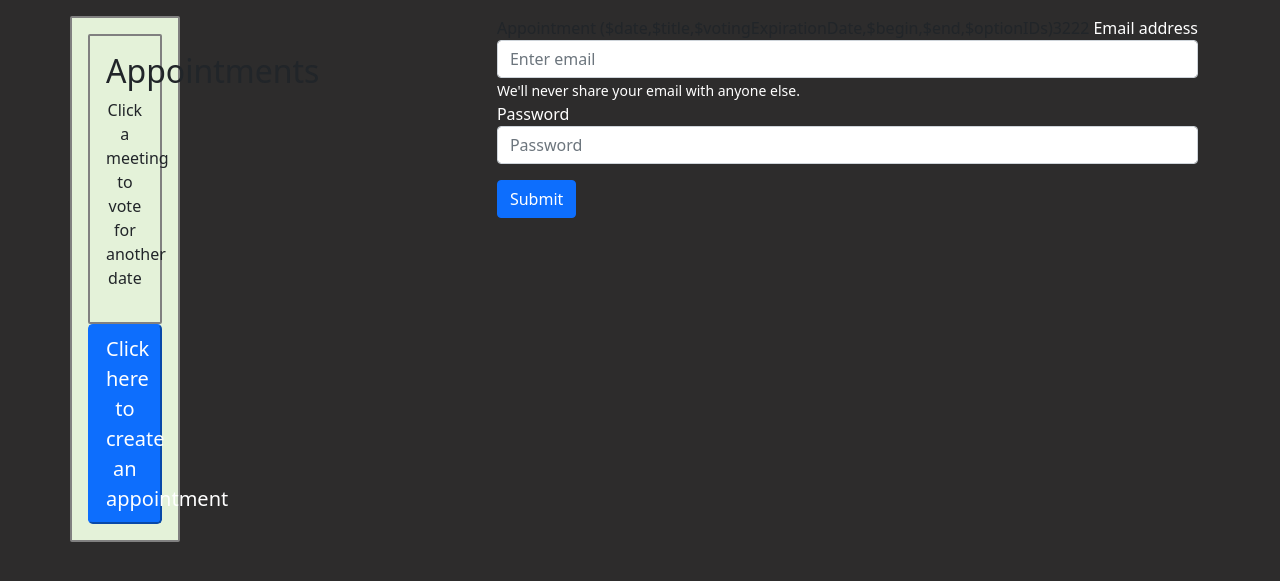
Repository: wlichon/Semesterprojekt
Page: index.html
The author's editor kept a copy of each file at every save. The page is drawn from the files as they stood at one save, then again after the next save.
The browser window is 1280 px wide. The pictures show the whole page.
The page's requests for data from a server got no answer. Some web libraries are served in a nearby version.

Above is the page before, as saved 2022-04-22 20:44:21.

### index.html
<!DOCTYPE html>
<html lang="en">
<head>
    <link href="https://cdn.jsdelivr.net/npm/bootstrap@5.1.3/dist/css/bootstrap.min.css" rel="stylesheet" integrity="sha384-1BmE4kWBq78iYhFldvKuhfTAU6auU8tT94WrHftjDbrCEXSU1oBoqyl2QvZ6jIW3" crossorigin="anonymous">
    <link rel="stylesheet" href="https://cdn.jsdelivr.net/npm/bootstrap-icons@1.8.1/font/bootstrap-icons.css">
    <script
    src="https://code.jquery.com/jquery-3.6.0.min.js"
    integrity="sha256-/xUj+3OJU5yExlq6GSYGSHk7tPXikynS7ogEvDej/m4="
    crossorigin="anonymous"></script>
    <script src="https://cdnjs.cloudflare.com/ajax/libs/jqueryui/1.12.1/jquery-ui.min.js" integrity="sha512-uto9mlQzrs59VwILcLiRYeLKPPbS/bT71da/OEBYEwcdNUk8jYIy+D176RYoop1Da+f9mvkYrmj5MCLZWEtQuA==" crossorigin="anonymous" referrerpolicy="no-referrer"></script>
    <meta charset="UTF-8">
    <meta http-equiv="X-UA-Compatible" content="IE=edge">
    <meta name="viewport" content="width=device-width, initial-scale=1.0">
    <link rel="stylesheet" href="frontend/css/mystyle.css">
    <script src="frontend/script/script.js" defer></script>
    <title>Appointment Finder</title>
</head>
<body class="d-flex justify-content-center">
    <div class="container m-3 d-flex justify-content-center">
        <div class="events row flex-grow-1" id="events">
            <div class="col-md-3 d-flex justify-content-between" style="flex-direction: column">

                <div class="col">
                    <h2 class="align-self-center">Appointments</h2>
                    <p class="">Click a meeting to vote for another date</p>
                </div>
                <button class = "btn-primary btn-lg" id = "createappointment"> Click here to create an appointment</button>


                </div>
             </div>

            <div class="appointments row flex-grow-1" id="appointments">
                <div class="col-md d-flex justify-content-between" style="flex-direction: column">
                    <div class="row h-80">
                        <div class="col">
                           <h2 class="align-self-center">Options</h2>
                        </div>
                    </div>
                    <div class="row inputs h-20 align-self-bottom">
                        <div class="col-md">
                            <i class="bi bi-person-circle m-1"></i><input type="text" placeholder="Name">
                        </div>
                    </div>

                </div>




                <!--
                    <div id = "appointment"
                <div class="col-md">
                    <div class="row h-80">
                        <div class="col wrapper">
                            <h4>Dez</h4>
                            <h3>23</h3>
                            <p>Mi</p>
                            <p>11:40</p>
                            <p>13:00</p>
                        </div>
                    </div>
                    <div class="row inputs h-20">
                        <div class="col-md"><input class="form-check-input" type="checkbox" value=""></div>
                    </div>


                </div>
                <div class="btn btn-primary col-auto p-1" id="lslide">
                    <i class="bi bi-chevron-left"></i>
                </div>

                <div class="row mt-5 comment">
                    <div class="input-group input-group-lg">
                        <span class="input-group-text" id="inputGroup-sizing-lg">Comment</span>
                        <input type="text" class="form-control" aria-label="Sizing example input" aria-describedby="inputGroup-sizing-lg">
                        <button class="btn btn-outline-secondary bg-primary text-white" type="button" id="submit">Submit</button>
                    </div>
                </div>
            -->
        </div>
        <form id = "createappointmentform">
            <div class="form-group">
                Appointment ($date,$title,$votingExpirationDate,$begin,$end,$optionIDs)3222
              <label for="exampleInputEmail1" class ="text-white">Email address</label>
              <input type="email" class="form-control" id="exampleInputEmail1" aria-describedby="emailHelp" placeholder="Enter email">
              <small id="emailHelp" class="form-text text-white">We'll never share your email with anyone else.</small>
            </div>
            <div class="form-group">
              <label for="exampleInputPassword1" class ="text-white">Password</label>
              <input type="password" class="form-control" id="exampleInputPassword1" placeholder="Password">
            </div>
            <button type="submit" class="btn btn-primary mt-3">Submit</button>
          </form>

            </div>


    <script src="https://cdn.jsdelivr.net/npm/bootstrap@5.1.3/dist/js/bootstrap.bundle.min.js" integrity="sha384-ka7Sk0Gln4gmtz2MlQnikT1wXgYsOg+OMhuP+IlRH9sENBO0LRn5q+8nbTov4+1p" crossorigin="anonymous"></script>
</body>
</html>

### frontend/css/mystyle.css
[class*="col"]{
    text-align:center;
    border: 2px solid grey;
    padding: 1rem;
    border-radius: 2px;
    background-color:rgb(228, 242, 217);
}

.bi-person-circle{
    font-size: 1.5rem;
}

.inputs > div{
    background-color: rgb(89, 209, 61);
}

body{
    background-color:rgb(45, 44, 44);
}

.wrapper{
    border-radius: 5px;
    border: none;
    background-color: lightcyan;
}

.container{
    border-radius: 5px;
}

#lslide{
    background-color:blue;
    border-radius:10px;
}

.event{
    cursor: pointer;
}

.event:hover{
    background-color:blue;
}

.noevent:hover{
    pointer-events: none;
}

### frontend/script/script.js
"use strict";
var months = ["Jan", "Feb", "Mar", "Apr", "May", "Jun", "Jul", "Aug", "Sep", "Oct", "Nov", "Dec"];
var days = ["Mon", "Tue", "Wed", "Thu", "Fri", "Sat", "Sun"];
var slidebutton = "<div class='btn btn-primary col-auto p-1' id='lslide'><i class='bi bi-chevron-left'></i></div>";
var commentbar = "<div class='row mt-5 comment'><div class='input-group input-group-lg'><span class='input-group-text' id='inputGroup-sizing-lg'>Comment</span><input type='text' class='form-control' aria-label='Sizing example input' aria-describedby='inputGroup-sizing-lg'><button class='btn btn-outline-secondary bg-primary text-white' type='button' id='submit'>Submit</button></div></div>";
$(function () {
    $("#appointments").hide();
    $("#events").hide();
    $.ajax({
        type: "GET",
        url: "backend/serviceHandler.php",
        cache: false,
        data: { function: "loadAppointments" },
        dataType: "json",
        success: function (response) {
            // bei sucess liefert loadAppointments ein Array mit den ganzen Appointments in dem Format:
            //  Appointment("25-06-2027", "Meeting4", "22-05-2025 19:30:00", "18:00", "18:30", [2, 3]) also:
            // Appointment("Tag-Monat-Jahr", "MeetingNummer", "ExpirationDate", "UhrzeitBeginn", "Uhrzeitende", "OptionsID");
            // Appointment ($date,$title,$votingExpirationDate,$begin,$end,$optionIDs)3222
            console.log("success");
            $.each(response, function (i, val) {
                var counter = 1;
                var date = new Date(val["date"]["date"]);
                var month = months[date.getMonth()];
                var day = days[date.getDay()];
                var dayOfMonth = date.getDate();
                var year = date.getFullYear();
                var expiration = val["votingExpirationDate"]["date"].substr(0, 19);
                var begin = val["begin"]["date"].substr(11).substr(0, 8);
                var end = val["end"]["date"].substr(11).substr(0, 8);
                var id = val["optionIDs"];
                $("#events").append("<div class='col-md-2 event' id =" + counter + " + data=" + id + ">" +
                    "<div class='col wrapper'>" +
                    "<h2>" + val["title"] + "</h2>" +
                    "<h4>" + month + "</h4>" +
                    "<h3>" + dayOfMonth + "</h3>" +
                    "<p>" + day + "</p>" +
                    "<p>Begins: " + begin + "</p>" +
                    "<p>Ends: " + end + "</p>" +
                    "<h6><p>Voting ends:</p>" +
                    "<p>" + expiration + "</p></h6>" +
                    "</div> </div>");
                var isexpired = new Date(expiration);
                var today = new Date();
                if (isexpired <= today) {
                    $("#" + counter).append("<h5 class = 'mt-3' > abgelaufen! </h5>");
                    $("#" + counter).attr("class", "col-md-2 noevent");
                }
                counter++;
            });
        },
        complete: function () {
            $(".event").on('click', function (e) {
                var self = e.currentTarget; // Element was das Klick getriggert hat
                $("#events").hide("slide", { direction: "left" }, 1000, function () {
                    console.log(self);
                    var optionIDs_string = self.getAttribute("data");
                    var optionIDs = Array.from(optionIDs_string.split(","));
                    console.log(optionIDs);
                    $.ajax({
                        type: "GET",
                        url: "backend/serviceHandler.php",
                        cache: false,
                        data: { function: "loadOptions", param: optionIDs },
                        dataType: "json",
                        success: function (response) {
                            console.log("success");
                            console.log(response);
                            $.each(response, function (i, val) {
                                var date = new Date(val["date"]["date"]);
                                console.log("loop");
                                var month = months[date.getMonth()];
                                var day = days[date.getDay()];
                                var dayOfMonth = date.getDate();
                                var year = date.getFullYear();
                                var begin = val["begin"]["date"].substr(11).substr(0, 8);
                                var end = val["end"]["date"].substr(11).substr(0, 8);
                                $("#appointments").append("<div class='col-md'>" +
                                    "<div class='col-md event'>" +
                                    "<div class='col wrapper'>" +
                                    "<h4>" + month + "</h4>" +
                                    "<h3>" + dayOfMonth + "</h3>" +
                                    "<p>" + day + "</p>" +
                                    "<p>Begins: " + begin + "</p>" +
                                    "<p>Ends: " + end + "</p>" +
                                    "</div></div>" +
                                    "<div class='row inputs h-20'>" +
                                    "<div class='col-md'><input class='form-check-input' type='checkbox' value=''></div></div></div>");
                            });
                            $("#appointments").append(slidebutton + commentbar);
                            $("#lslide").on('click', slidebar);
                        },
                        error: function (response) {
                            console.log("failure");
                        }
                    }),
                        setTimeout(function () { return $("#appointments").show("slide", 1000); }, 100);
                });
            });
            $("#events").show("slide", 1000);
        },
        error: function (e) {
            console.log("failure");
        }
    });
    console.log("hi");
    $("#submit").on('click', function () {
        console.log($("#test").prop("checked"));
    });
});
var optionNameInput = '<div class="col-md d-flex justify-content-between" style="flex-direction: column">' +
    '<div class="row h-80">' +
    '<div class="col">' +
    '<h2 class="align-self-center">Options</h2>' +
    '</div>' +
    '</div>' +
    '<div class="row inputs h-20 align-self-bottom">' +
    '<div class="col-md">' +
    '<i class="bi bi-person-circle m-1"></i><input type="text" placeholder="Name">' +
    '</div>' +
    '</div>' +
    '</div>';
function slidebar() {
    $("#appointments").hide("slide", { direction: "left" }, 1000, function () {
        $("#appointments").empty().append(optionNameInput);
        $("#events").show("slide", 1000);
    });
}

After the next save:
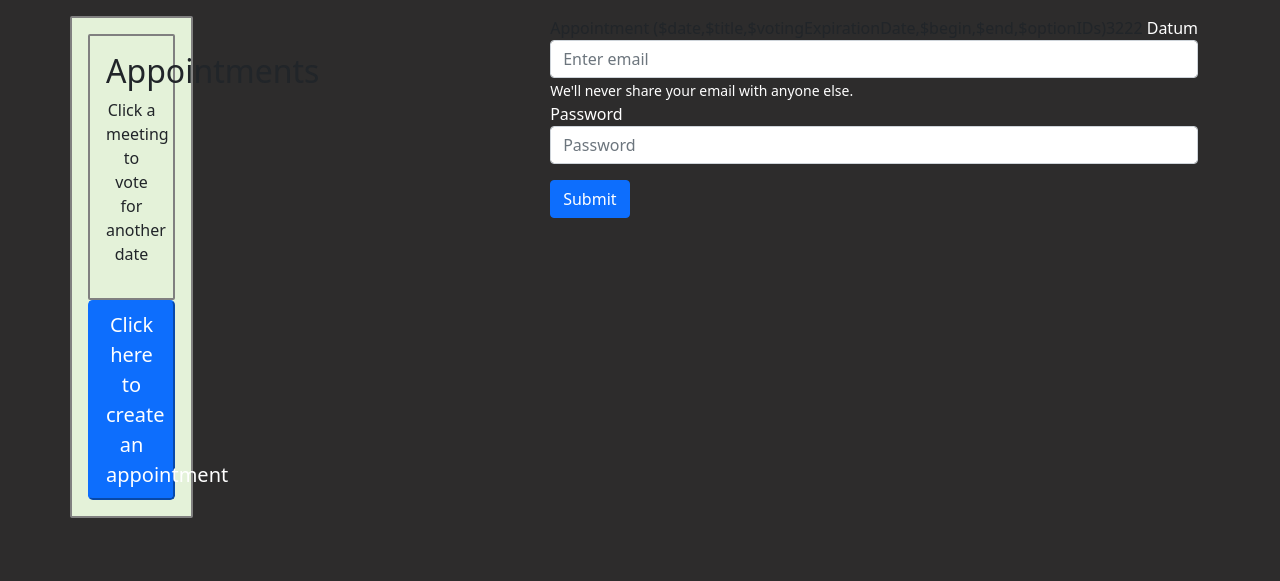
Saved 7 s later.
--- a/index.html
+++ b/index.html
@@ -82,7 +82,7 @@
         <form id = "createappointmentform">
             <div class="form-group">
                 Appointment ($date,$title,$votingExpirationDate,$begin,$end,$optionIDs)3222
-              <label for="exampleInputEmail1" class ="text-white">Email address</label>
+              <label for="exampleInputEmail1" class ="text-white">Datum</label>
               <input type="email" class="form-control" id="exampleInputEmail1" aria-describedby="emailHelp" placeholder="Enter email">
               <small id="emailHelp" class="form-text text-white">We'll never share your email with anyone else.</small>
             </div>
